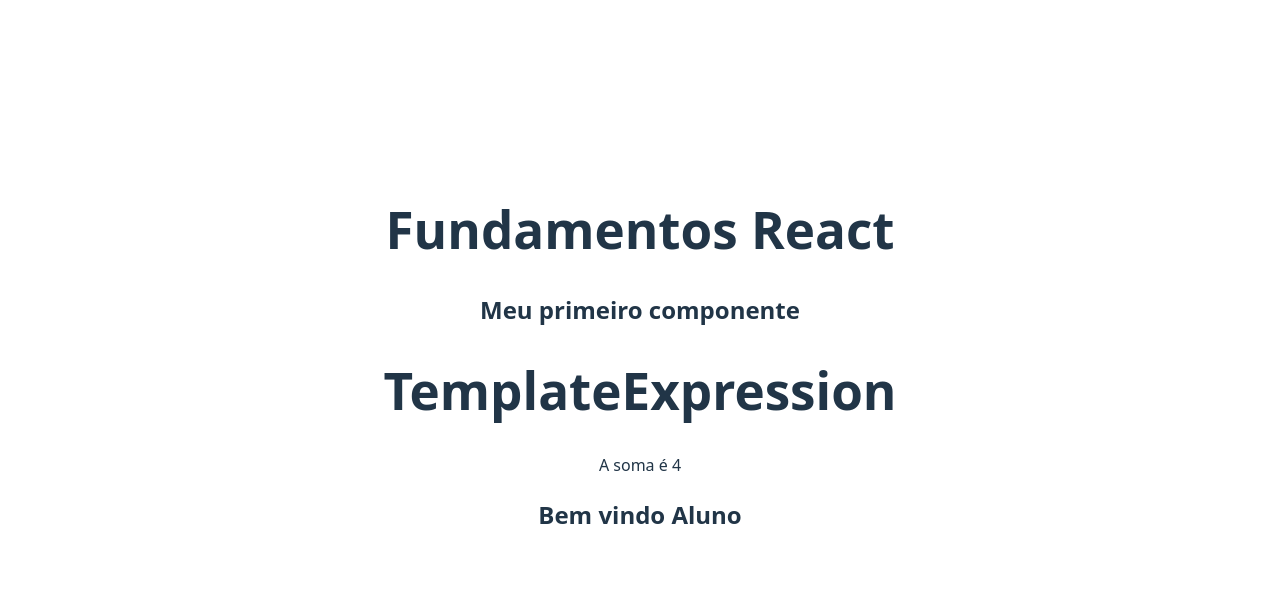
Repository: bellincanta/ReactNative
Page: / (app in Projetos/aulaReact/)
An editor plug-in stored every save of this project. The page is shown before and after the next save, followed by the edit.
The browser window is 1280 px wide. The pictures show the whole page.
The project was rebuilt for these pictures with package versions that can differ from the ones it lists, and the page was loaded fresh each time. Also part of the build but not shown: Projetos/aulaReact/vite.config.ts.

Above is the page before, as saved 2025-06-05 17:49:00.

### Projetos/aulaReact/src/App.tsx
//importação de componentes
import PrimeiroComponente from './components/PrimeiroComponente'
import TemplateExpression from './components/TemplateExpression'
import './App.css'

function App() {
  //comentário
  return (
    <>
      <div>
        {/*comentário JSX */}
       <h1>Fundamentos React</h1>
       <PrimeiroComponente/>
       <TemplateExpression/>
      </div>
    </>
  )
}

export default App

### Projetos/aulaReact/src/components/PrimeiroComponente.tsx
//Criando componente
const PrimeiroComponente = () => {
    return (
        <div>
            <h2>Meu primeiro componente</h2>
        </div>
    )
}

export default PrimeiroComponente

### Projetos/aulaReact/src/components/TemplateExpression.tsx
//Template expression

const TemplateExpression = () => {
  const name = "Aluno"
  return (
    <div>
        <h1>TemplateExpression</h1>
        <p>A soma é { 2 + 2} </p>
        <h2>Bem vindo {name} </h2>
    </div>
  )
}

export default TemplateExpression

Loaded but not shown: Projetos/aulaReact/index.html (common file); Projetos/aulaReact/src/main.tsx (common file); Projetos/aulaReact/src/index.css (common file); Projetos/aulaReact/src/App.css (common file)

After the next save:
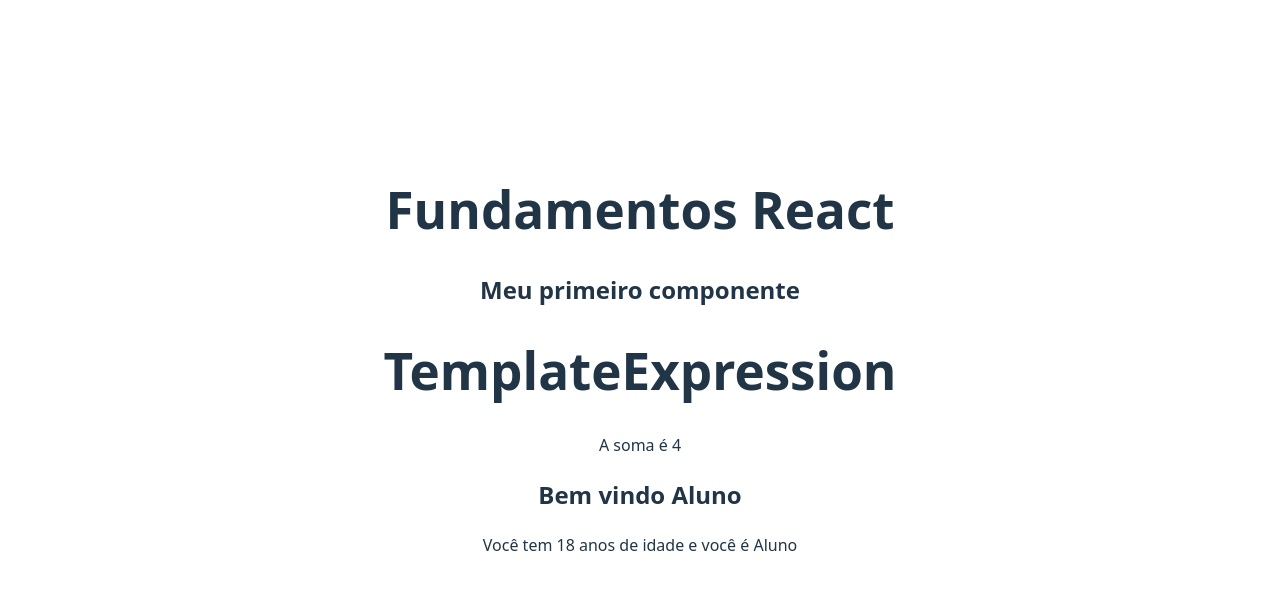
Saved 4 min 24 s later.
--- a/Projetos/aulaReact/src/components/TemplateExpression.tsx
+++ b/Projetos/aulaReact/src/components/TemplateExpression.tsx
@@ -2,11 +2,20 @@
 
 const TemplateExpression = () => {
   const name = "Aluno"
+
+  const data = {
+    idade: 18,
+    funcao: "Aluno"
+  }
+
   return (
     <div>
         <h1>TemplateExpression</h1>
         <p>A soma é { 2 + 2} </p>
         <h2>Bem vindo {name} </h2>
+        <p>
+          Você tem {data.idade} anos de idade e você é {data.funcao}
+        </p>
     </div>
   )
 }
